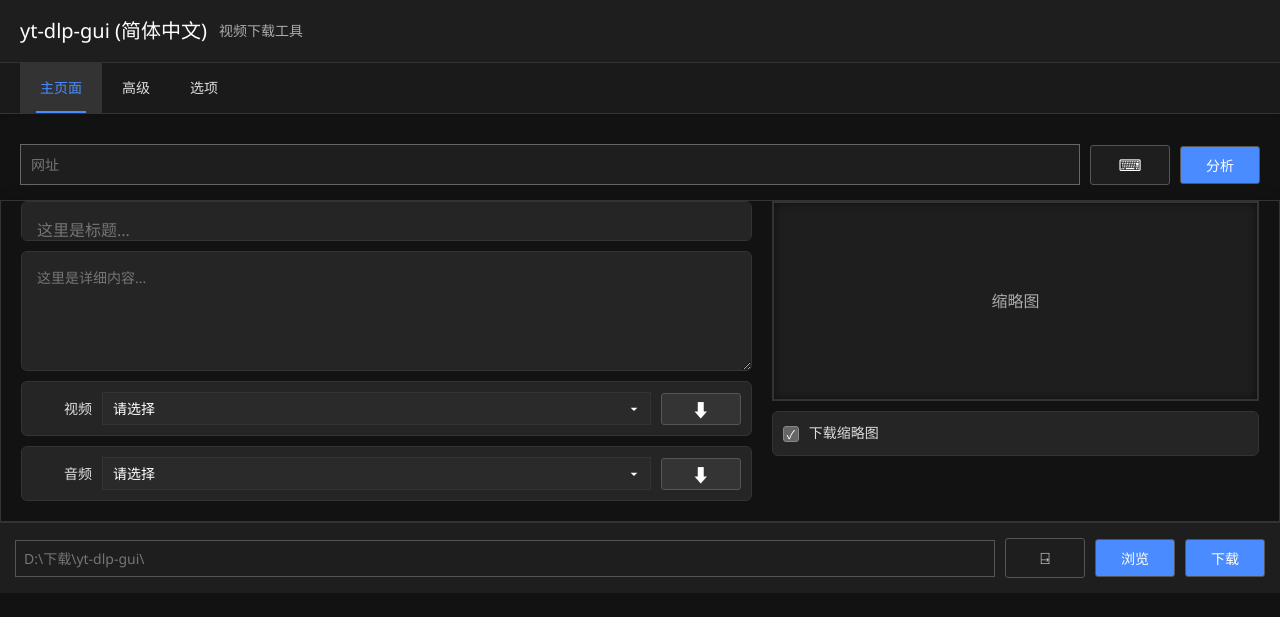
Repository: zArvin6808/yt-TubeSaver
Page: index.html
These files come from the project's save history. The page is drawn as it stood at one moment and after the next save; the edit follows.
The browser window is 1280 px wide. The pictures show the whole page.

Above is the page before, as saved 2025-06-07 16:14:16.

### index.html
<!DOCTYPE html>
<html lang="zh-CN">
<head>
  <meta charset="UTF-8" />
  <title>yt-dlp-gui (简体中文)</title>
  <meta name="viewport" content="width=device-width, initial-scale=1.0"/>
  <link rel="stylesheet" href="style.css" />
</head>
<body>

  <!-- 标题栏 -->
  <div class="title-bar">
    <h1>yt-dlp-gui (简体中文)</h1>
    <span>视频下载工具</span>
  </div>

  <!-- 导航栏 -->
  <div class="navbar">
    <a href="#" class="nav-link active" data-page="main">主页面</a>
    <a href="#" class="nav-link" data-page="advanced">高级</a>
    <a href="#" class="nav-link" data-page="settings">选项</a>
  </div>

  <!-- 主页面内容 -->
  <div id="main" class="page active">
    <!-- 网址与按钮 占据整行 -->
    <div class="url-analysis-row">
      <input type="text" id="urlInput" placeholder="网址" />
      <button class="icon-button" id="pasteButton">⌨</button>
      <button id="analyzeButton">分析</button>
    </div>

    <!-- 主内容 -->
    <div class="main">
      <!-- 左侧面板 -->
      <div class="left-panel">
        <textarea class="title-input" id="titleInput" placeholder="这里是标题..." readonly></textarea>
        <textarea class="content-textarea" id="contentTextarea" placeholder="这里是详细内容..."></textarea>

        <!-- 视频行 -->
        <div class="select-group">
          <label for="video-select">视频</label>
          <select id="video-select">
            <option>请选择</option>
            <option value="video1">视频格式1</option>
            <option value="video2">视频格式2</option>
          </select>
          <button class="download-button" id="downloadVideoButton">⬇</button>
        </div>

        <!-- 音频行 -->
        <div class="select-group">
          <label for="audio-select">音频</label>
          <select id="audio-select">
            <option>请选择</option>
            <option value="audio1">音频格式1</option>
            <option value="audio2">音频格式2</option>
          </select>
          <button class="download-button" id="downloadAudioButton">⬇</button>
        </div>
      </div>

      <!-- 右侧面板 -->
      <div class="right-panel">
        <div class="thumbnail" id="thumbnailPreview">缩略图</div>
        <div class="checkbox-group">
          <input type="checkbox" id="download-thumb" checked />
          <label for="download-thumb">下载缩略图</label>
        </div>
      </div>
    </div>

    <!-- 路径栏 -->
    <div class="path-bar">
      <input type="text" id="pathInput" placeholder="D:\下载\yt-dlp-gui\" />
      <button class="icon-button" id="refreshPathButton">⍈</button>
      <button id="selectPathButton">浏览</button>
      <button id="downloadButton">下载</button>
    </div>
  </div>

  <!-- 高级页面 -->
  <div id="advanced" class="page">
    <div class="test-content">
      <h2>高级设置（测试页面）</h2>
      <p>这是高级设置页面的测试内容。该页面将用于配置更详细的下载选项。</p>
      <p>未来这里将包含：</p>
      <ul style="color: #aaa; margin-left: 20px;">
        <li>视频质量设置</li>
        <li>下载速度限制</li>
        <li>字幕选项</li>
        <li>格式选择</li>
      </ul>
    </div>
  </div>

  <!-- 选项页面 -->
  <div id="settings" class="page">
    <div class="test-content">
      <h2>全局设置（测试页面）</h2>
      <p>这是选项设置页面的测试内容。该页面将用于配置软件的全局设置。</p>
      <p>未来这里将包含：</p>
      <ul style="color: #aaa; margin-left: 20px;">
        <li>界面语言设置</li>
        <li>默认下载路径</li>
        <li>代理设置</li>
        <li>主题选择</li>
      </ul>
    </div>
  </div>

  <script src="script.js"></script>
</body>
</html>

### style.css
    * {
      box-sizing: border-box;
      margin: 0;
      padding: 0;
      font-family: "Segoe UI", "Microsoft YaHei", sans-serif;
    }

    body {
      background-color: #121212;
      color: #e0e0e0;
      display: flex;
      flex-direction: column;
      min-height: 100vh;
      line-height: 1.6;
    }

    /* 标题栏 */
    .title-bar {
      background-color: #1e1e1e;
      display: flex;
      align-items: center;
      padding: 15px 20px;
      gap: 12px;
      border-bottom: 1px solid #333;
    }

    .title-bar h1 {
      font-size: 20px;
      margin: 0;
      color: #fff;
      font-weight: 500;
    }

    .title-bar span {
      font-size: 14px;
      color: #aaa;
    }

    /* 导航栏 */
    .navbar {
      background-color: #252525;
      display: flex;
      padding: 0 20px;
      box-shadow: 0 2px 4px rgba(0,0,0,0.1);
    }

    .navbar a {
      color: #ddd;
      text-decoration: none;
      font-size: 14px;
      cursor: pointer;
      padding: 14px 20px;
      transition: all 0.3s ease;
      position: relative;
    }

    .navbar a:hover {
      color: #fff;
      background-color: #333;
    }

    .navbar a.active {
      color: #4a8cff;
      background-color: #333;
    }

    .navbar a.active::after {
      content: '';
      position: absolute;
      bottom: 0;
      left: 20%;
      right: 20%;
      height: 2px;
      background-color: #4a8cff;
    }

    /* 页面切换相关样式 */
    .page {
      display: none;
      flex-direction: column;
      flex-grow: 1;
    }

    .page.active {
      display: flex;
    }

    /* 网址与按钮容器：占满整行 */
    .url-analysis-row {
      display: flex;
      align-items: center;
      padding: 15px 20px;
      gap: 10px;
      width: 100%;
      box-sizing: border-box;
    }

    .url-analysis-row input[type="text"] {
      background-color: #1e1e1e;
      color: #ffffff;
      border: 1px solid #666;
      padding: 10px;
      font-size: 14px;
      flex-grow: 1;
      transition: border-color 0.2s ease;
    }

    .url-analysis-row input[type="text"]:focus {
      outline: none;
      border-color: #888;
      box-shadow: 0 0 0 2px rgba(150, 150, 150, 0.2);
    }

    /* 主内容容器 */
    .main {
      display: flex;
      flex-direction: row;
      padding: 0 20px 20px 20px;
      gap: 20px;
      flex-grow: 1;
    }

    /* 左侧区域 */
    .left-panel {
      display: flex;
      flex-direction: column;
      width: 60%;
      gap: 10px;
    }

    .title-input {
      background-color: #1e1e1e;
      color: #ffffff;
      border: 1px solid #666;
      padding: 10px;
      font-size: 14px;
      height: 40px;
      resize: none;
      transition: border-color 0.2s ease;
    }

    .title-input:focus {
      outline: none;
      border-color: #888;
      box-shadow: 0 0 0 2px rgba(150, 150, 150, 0.2);
    }

    .content-textarea {
      background-color: #1e1e1e;
      color: #ffffff;
      border: 1px solid #666;
      padding: 10px;
      font-size: 14px;
      resize: vertical;
      height: 100px;
      flex-grow: 1;
      transition: border-color 0.2s ease;
    }

    .content-textarea:focus {
      outline: none;
      border-color: #888;
      box-shadow: 0 0 0 2px rgba(150, 150, 150, 0.2);
    }

    /* 视频/音频选择器 - 每组一行 */
    .select-group {
      display: flex;
      align-items: center;
      gap: 10px;
    }

    select {
      background-color: #1e1e1e;
      color: #ffffff;
      border: 1px solid #666;
      padding: 6px 10px;
      font-size: 14px;
      flex-grow: 1;
      transition: border-color 0.2s ease;
      appearance: none;
      background-image: url("data:[embedded picture, 150 characters]");
      background-repeat: no-repeat;
      background-position: right 8px center;
      background-size: 16px;
    }

    select:focus {
      outline: none;
      border-color: #888;
      box-shadow: 0 0 0 2px rgba(150, 150, 150, 0.2);
    }

    label {
      font-size: 14px;
      text-align: right;
      flex-shrink: 0;
    }

    /* 基础按钮样式 */
    button {
      background-color: #444;
      color: white;
      border: 1px solid #555;
      padding: 8px 12px;
      cursor: pointer;
      font-size: 14px;
      transition: all 0.2s ease;
      border-radius: 3px;
      min-width: 80px;
    }

    button:hover {
      background-color: #555;
      border-color: #666;
    }

    button:active {
      background-color: #3a3a3a;
    }

    button.primary {
      background-color: #666;
      border-color: #777;
    }

    button.primary:hover {
      background-color: #777;
    }

    button.primary:active {
      background-color: #5a5a5a;
    }

    /* 图标按钮样式 */
    .icon-button {
      background-color: #1e1e1e;
      color: #ffffff;
      border: 1px solid #555;
      cursor: pointer;
      font-size: 16px;
      transition: all 0.2s ease;
      display: flex;
      justify-content: center;
      align-items: center;
      border-radius: 3px;
    }

    .icon-button:hover {
      border-color: #666;
      background-color: #252525;
    }

    .icon-button:active {
      background-color: #1a1a1a;
    }

    /* 下载图标按钮样式 */
    .download-button {
      width: 32px;
      height: 32px;
      display: flex;
      justify-content: center;
      align-items: center;
      font-size: 18px;
      padding: 0;
      background-color: #343434;
      border: 1px solid #555;
      border-radius: 3px;
    }
    .download-button:hover {
      background-color: #555;
    }
    .download-button:active {
      background-color: #2e2e2e;
    }

    /* 右侧面板：缩略图和下载缩略图选项 */
    .right-panel {
      display: flex;
      flex-direction: column;
      width: 40%;
      gap: 10px;
    }

    .thumbnail {
      width: 100%;
      height: 200px;
      background-color: #1e1e1e;
      display: flex;
      justify-content: center;
      align-items: center;
      color: #aaa;
      font-size: 16px;
      border: 1px solid #666;
      transition: all 0.2s ease;
    }

    .thumbnail.loading {
      background-color: #252525;
      border-color: #888;
    }

    .thumbnail img {
      max-width: 100%;
      max-height: 100%;
      object-fit: contain;
    }

    .checkbox-group {
      display: flex;
      align-items: center;
      gap: 8px;
    }

    .checkbox-group input[type="checkbox"] {
      appearance: none;
      width: 16px;
      height: 16px;
      border: 1px solid #666;
      background-color: #1e1e1e;
      border-radius: 3px;
      cursor: pointer;
      position: relative;
      transition: all 0.2s ease;
    }

    .checkbox-group input[type="checkbox"]:checked {
      background-color: #666;
      border-color: #888;
    }

    .checkbox-group input[type="checkbox"]:checked::after {
      content: "✓";
      position: absolute;
      color: white;
      font-size: 12px;
      top: 50%;
      left: 50%;
      transform: translate(-50%, -50%);
    }

    .checkbox-group input[type="checkbox"]:focus {
      outline: none;
      box-shadow: 0 0 0 2px rgba(150, 150, 150, 0.2);
    }

    .checkbox-group label {
      font-size: 14px;
      color: #ddd;
      cursor: pointer;
    }

    /* 路径栏 */
    .path-bar {
      display: flex;
      align-items: center;
      gap: 10px;
      padding: 15px 20px;
      background-color: #2e2e2e;
      border-top: 1px solid #444;
    }

    .path-bar input {
      flex-grow: 1;
      padding: 8px;
      background-color: #1e1e1e;
      color: #fff;
      border: 1px solid #555;
      font-size: 14px;
    }

    /* 测试页面样式 */
    .test-content {
      padding: 20px;
      display: flex;
      flex-direction: column;
      gap: 20px;
    }

    .test-content h2 {
      color: #fff;
      font-size: 18px;
      margin-bottom: 10px;
    }

    .test-content p {
      color: #aaa;
      font-size: 14px;
      line-height: 1.6;
    }

    /* 导航栏 */
    .navbar {
      display: flex;
      border-bottom: 1px solid #333;
      margin-bottom: 15px;
      background-color: #1a1a1a;
    }

    .nav-link {
      padding: 12px 20px;
      color: #aaa;
      text-decoration: none;
      transition: all 0.2s ease;
      font-size: 14px;
      position: relative;
    }

    .nav-link:hover {
      color: #fff;
      background-color: #252525;
    }

    .nav-link.active {
      color: #fff;
      background-color: #252525;
    }

    .nav-link.active::after {
      content: '';
      position: absolute;
      bottom: -1px;
      left: 0;
      right: 0;
      height: 2px;
      background-color: #4a8cff;
    }

    /* 页面切换 */
    .page {
      display: none;
      animation: fadeIn 0.3s ease-out;
    }

    .page.active {
      display: block;
    }

    @keyframes fadeIn {
      from { opacity: 0; transform: translateY(10px); }
      to { opacity: 1; transform: translateY(0); }
    }

    /* 按钮状态 */
    button {
      transition: all 0.2s ease;
      position: relative;
    }

    button:hover {
      filter: brightness(1.1);
    }

    button:active {
      transform: translateY(1px);
    }

    button[disabled] {
      opacity: 0.7;
      cursor: not-allowed;
      transform: none !important;
    }

    /* 加载动画 */
    .spinner {
      display: inline-block;
      width: 14px;
      height: 14px;
      border: 2px solid rgba(255,255,255,0.3);
      border-radius: 50%;
      border-top-color: #fff;
      animation: spin 1s ease-in-out infinite;
      margin-right: 8px;
      vertical-align: middle;
    }

    @keyframes spin {
      to { transform: rotate(360deg); }
    }

    /* 提示消息 */
    .toast {
      position: fixed;
      bottom: 20px;
      left: 50%;
      transform: translateX(-50%);
      padding: 12px 24px;
      border-radius: 4px;
      color: white;
      font-size: 14px;
      z-index: 1000;
      box-shadow: 0 4px 12px rgba(0,0,0,0.15);
      opacity: 0;
      animation: toastIn 0.3s ease-out forwards;
    }

    .toast.toast-success {
      background-color: #28a745;
    }

    .toast.toast-error {
      background-color: #dc3545;
    }

    .toast.toast-info {
      background-color: #17a2b8;
    }

    .toast.fade-out {
      animation: toastOut 0.3s ease-in forwards;
    }

    @keyframes toastIn {
      from { opacity: 0; transform: translateX(-50%) translateY(20px); }
      to { opacity: 1; transform: translateX(-50%) translateY(0); }
    }

    @keyframes toastOut {
      from { opacity: 1; transform: translateX(-50%) translateY(0); }
      to { opacity: 0; transform: translateX(-50%) translateY(-20px); }
    }

    /* 响应式布局 */
    @media (max-width: 768px) {
      .navbar {
        flex-direction: column;
      }

      .nav-link {
        padding: 10px;
        text-align: center;
      }

      .input-group {
        flex-direction: column;
      }

      button {
        width: 100%;
        margin-top: 8px;
      }

      .toast {
        width: 90%;
        text-align: center;
      }
    }
    .toast {
      position: fixed;
      bottom: 20px;
      left: 50%;
      transform: translateX(-50%);
      padding: 12px 24px;
      border-radius: 4px;
      color: white;
      z-index: 1000;
      animation: slideIn 0.3s ease-out;
    }

    .toast-info {
      background-color: #444;
    }

    .toast-success {
      background-color: #2d7d46;
    }

    .toast-error {
      background-color: #c42b1c;
    }

    .toast.fade-out {
      animation: fadeOut 0.3s ease-in;
      opacity: 0;
    }

    @keyframes slideIn {
      from {
        transform: translateX(-50%) translateY(20px);
        opacity: 0;
      }
      to {
        transform: translateX(-50%) translateY(0);
        opacity: 1;
      }
    }

    @keyframes fadeOut {
      from {
        opacity: 1;
      }
      to {
        opacity: 0;
      }
    }

    /* 输入验证 */
    input:invalid {
      border-color: #c42b1c !important;
    }

    /* 缩略图显示优化 */
    .thumbnail {
      background-size: cover;
      background-position: center;
      transition: background-image 0.3s ease;
    }

    /* 滚动条样式 */
    ::-webkit-scrollbar {
      width: 10px;
      height: 10px;
    }
    ::-webkit-scrollbar-track {
      background: #1e1e1e;
      border-radius: 5px;
    }
    ::-webkit-scrollbar-thumb {
      background: #666;
      border-radius: 5px;
      border: 2px solid #1e1e1e;
      transition: background 0.2s ease;
    }
    ::-webkit-scrollbar-thumb:hover {
      background: #777;
    }
    ::-webkit-scrollbar-corner {
      background: #1e1e1e;
    }

    /* 新增样式改进 */

    /* 选择框组优化 */
    .select-group {
      display: flex;
      align-items: center;
      gap: 10px;
      padding: 10px;
      background-color: #252525;
      border-radius: 6px;
      border: 1px solid #333;
    }

    .select-group label {
      font-weight: 500;
      color: #e0e0e0;
      min-width: 60px;
    }

    .select-group select {
      flex: 1;
      background-color: #2a2a2a;
    }

    /* 文本区域优化 */
    .title-input, .content-textarea {
      background-color: #252525;
      border: 1px solid #333;
      padding: 15px;
      border-radius: 6px;
      font-size: 14px;
      transition: all 0.3s ease;
    }

    .title-input {
      font-size: 16px;
      font-weight: 500;
    }

    .content-textarea {
      min-height: 120px;
      resize: vertical;
    }

    /* 复选框优化 */
    .checkbox-group {
      display: flex;
      align-items: center;
      gap: 10px;
      padding: 10px;
      background-color: #252525;
      border-radius: 6px;
      border: 1px solid #333;
    }

    .checkbox-group input[type="checkbox"] {
      width: 16px;
      height: 16px;
      accent-color: #4a8cff;
    }

    /* 路径栏优化 */
    .path-bar {
      display: flex;
      gap: 10px;
      padding: 15px;
      background-color: #1e1e1e;
      border-top: 1px solid #333;
    }

    .path-bar input {
      flex: 1;
    }

    /* 状态指示器优化 */
    .active-indicator {
      position: absolute;
      bottom: 0;
      left: 0;
      right: 0;
      height: 3px;
      background-color: #4a8cff;
      transform: scaleX(0);
      transform-origin: left;
      transition: transform 0.3s ease;
    }

    .is-active .active-indicator {
      transform: scaleX(1);
    }

    /* 错误状态增强 */
    .has-error {
      border-color: #dc3545 !important;
      animation: shake 0.5s ease;
    }

    .error-message {
      color: #dc3545;
      font-size: 13px;
      margin-top: 5px;
    }

    @keyframes shake {
      0%, 100% { transform: translateX(0); }
      20%, 60% { transform: translateX(-5px); }
      40%, 80% { transform: translateX(5px); }
    }

    /* 禁用状态优化 */
    :disabled {
      opacity: 0.6;
      cursor: not-allowed !important;
      background-color: #555 !important;
    }

    /* 间距和对齐优化 */
    .form-group {
      display: flex;
      flex-direction: column;
      gap: 8px;
      margin-bottom: 15px;
    }

    .form-group label {
      font-weight: 500;
      color: #e0e0e0;
    }

    /* 主内容区域增强 */
    .main {
      border: 1px solid #333;
      box-shadow: 0 4px 20px rgba(0,0,0,0.25);
      transition: all 0.3s ease;
    }

    /* 输入框和选择框优化 */
    input, textarea, select {
      background-color: #252525;
      border: 1px solid #333;
      transition: all 0.3s ease;
    }

    input:focus, textarea:focus, select:focus {
      border-color: #4a8cff;
      box-shadow: 0 0 0 2px rgba(74, 140, 255, 0.2);
    }

    /* 按钮增强 */
    button {
      background-color: #4a8cff;
      transition: all 0.2s ease;
      position: relative;
      overflow: hidden;
    }

    button:hover {
      background-color: #3a7cdf;
      transform: translateY(-1px);
    }

    button:active {
      transform: translateY(0);
      background-color: #2a6ccf;
    }

    /* 缩略图区域 */
    .thumbnail {
      border: 2px solid #333;
      background-size: cover;
      background-position: center;
      transition: all 0.3s ease;
    }

    .thumbnail:hover {
      border-color: #4a8cff;
      box-shadow: 0 4px 12px rgba(0,0,0,0.3);
    }

    /* 加载动画增强 */
    .spinner {
      display: inline-block;
      width: 16px;
      height: 16px;
      border: 3px solid rgba(255,255,255,0.2);
      border-radius: 50%;
      border-top-color: #4a8cff;
      animation: spin 0.8s linear infinite;
      margin-right: 8px;
      vertical-align: middle;
    }

    /* Toast通知样式 */
    .toast {
      position: fixed;
      bottom: 30px;
      left: 50%;
      transform: translateX(-50%);
      padding: 14px 24px;
      border-radius: 8px;
      color: white;
      font-size: 14px;
      font-weight: 500;
      z-index: 1000;
      box-shadow: 0 4px 12px rgba(0,0,0,0.2);
      opacity: 0;
      animation: toastIn 0.3s ease-out forwards;
      max-width: 90%;
      text-align: center;
    }

    .toast-success {
      background-color: #28a745;
    }

    .toast-error {
      background-color: #dc3545;
    }

    .toast-info {
      background-color: #17a2b8;
    }

    @keyframes toastIn {
      from { opacity: 0; transform: translateX(-50%) translateY(20px); }
      to { opacity: 1; transform: translateX(-50%) translateY(0); }
    }

    .toast.fade-out {
      animation: toastOut 0.3s ease-in forwards;
    }

    @keyframes toastOut {
      from { opacity: 1; transform: translateX(-50%) translateY(0); }
      to { opacity: 0; transform: translateX(-50%) translateY(-20px); }
    }

    /* 移动端优化 */
    @media (max-width: 768px) {
      .main {
        flex-direction: column;
        margin: 10px;
        padding: 15px;
      }

      .right-panel {
        width: 100%;
        margin-top: 20px;
      }

      .url-analysis-row,
      .path-bar {
        flex-wrap: wrap;
        gap: 10px;
      }

      .url-analysis-row input,
      .path-bar input {
        width: 100%;
      }

      button {
        width: 100%;
        margin-top: 5px;
      }
    }

    /* 细微交互效果 */
    .select-group:hover select {
      border-color: #4a8cff;
    }

    .checkbox-group:hover input[type="checkbox"] {
      border-color: #4a8cff;
    }

    input:focus, textarea:focus, select:focus {
      box-shadow: 0 0 0 2px rgba(74, 140, 255, 0.2);
    }

    button:active {
      transform: scale(0.98);
    }
    .main {
      box-shadow: 0 4px 16px rgba(0,0,0,0.3);
      transition: box-shadow 0.3s ease;
    }

    .main:hover {
      box-shadow: 0 6px 20px rgba(0,0,0,0.4);
    }

    input, textarea, select {
      transition: all 0.3s ease;
    }

    button {
      transition: all 0.3s ease;
      position: relative;
      overflow: hidden;
    }

    button::after {
      content: '';
      position: absolute;
      top: 50%;
      left: 50%;
      width: 5px;
      height: 5px;
      background: rgba(255,255,255,0.2);
      opacity: 0;
      border-radius: 100%;
      transform: scale(1, 1) translate(-50%, -50%);
      transform-origin: 50% 50%;
    }

    button:active::after {
      animation: ripple 0.6s ease-out;
    }

    @keyframes ripple {
      0% {
        transform: scale(0, 0);
        opacity: 0.5;
      }
      100% {
        transform: scale(20, 20);
        opacity: 0;
      }
    }

    .thumbnail {
      transition: all 0.3s ease;
      box-shadow: inset 0 0 10px rgba(0,0,0,0.5);
    }

    .thumbnail:hover {
      box-shadow: inset 0 0 15px rgba(0,0,0,0.7);
    }

    /* 响应式改进 */
    @media (max-width: 768px) {
      .main {
        flex-direction: column;
        padding: 15px;
      }

      .left-panel, .right-panel {
        width: 100%;
      }

      .url-analysis-row, .path-bar {
        flex-wrap: wrap;
      }
    }

Loaded but not shown: script.js (344 lines, source omitted)

After the next save:
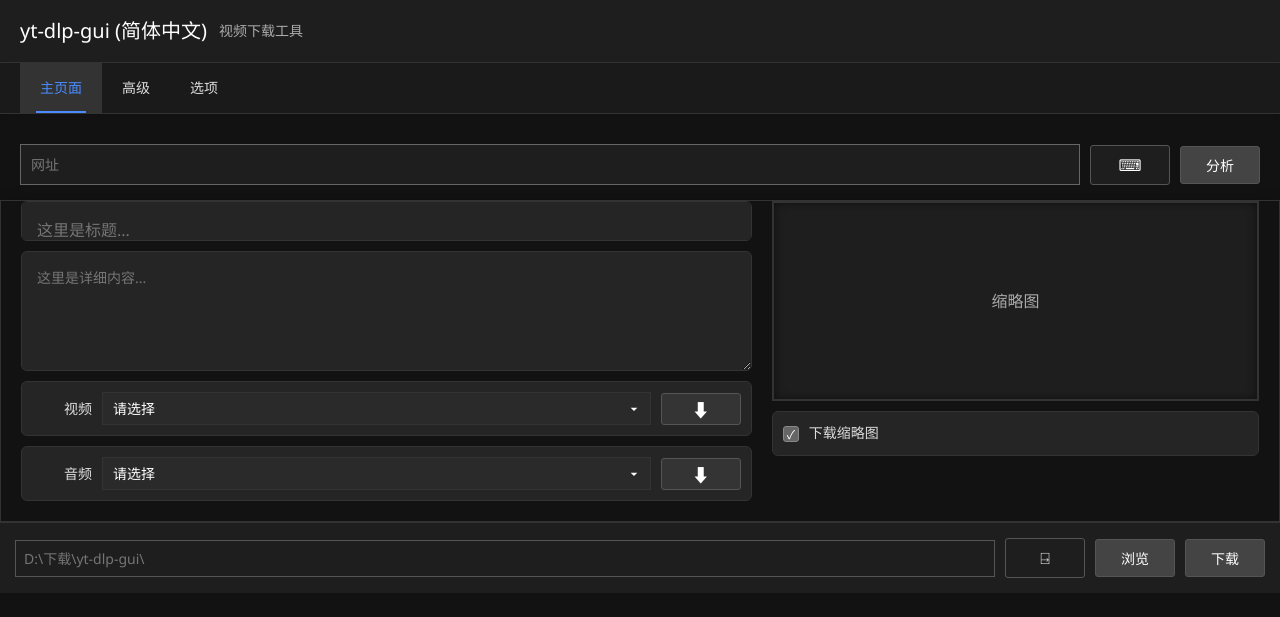
Saved 95 s later.
--- a/style.css
+++ b/style.css
@@ -777,22 +777,50 @@
       box-shadow: 0 0 0 2px rgba(74, 140, 255, 0.2);
     }
 
-    /* 按钮增强 */
+    /* 按钮增强 - 黑灰主题 */
     button {
-      background-color: #4a8cff;
+      background-color: #444;
+      border: 1px solid #555;
       transition: all 0.2s ease;
       position: relative;
       overflow: hidden;
     }
 
     button:hover {
-      background-color: #3a7cdf;
+      background-color: #555;
       transform: translateY(-1px);
     }
 
     button:active {
       transform: translateY(0);
-      background-color: #2a6ccf;
+      background-color: #333;
+    }
+
+    /* 输入框和选择框优化 - 黑灰主题 */
+    input:focus, textarea:focus, select:focus {
+      border-color: #777;
+      box-shadow: 0 0 0 2px rgba(100,100,100,0.2);
+    }
+
+    /* 活动指示器 - 黑灰主题 */
+    .active-indicator {
+      background-color: #888;
+    }
+
+    /* 缩略图悬停效果 - 黑灰主题 */
+    .thumbnail:hover {
+      border-color: #777;
+      box-shadow: 0 4px 12px rgba(0,0,0,0.3);
+    }
+
+    /* 加载动画 - 黑灰主题 */
+    .spinner {
+      border-top-color: #888;
+    }
+
+    /* 复选框 - 黑灰主题 */
+    .checkbox-group input[type="checkbox"] {
+      accent-color: #666;
     }
 
     /* 缩略图区域 */
